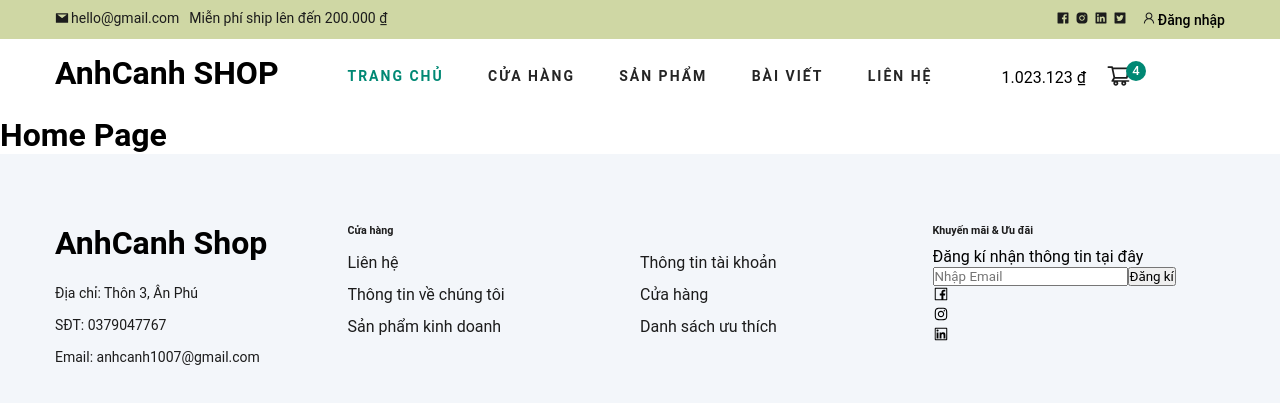
Repository: anhcanh1007/show_product
Page: /
An editor plug-in stored every save of this project. The page is shown before and after the next save, followed by the edit.
The browser window is 1280 px wide. The pictures show the whole page.
The project was rebuilt for these pictures with package versions that can differ from the ones it lists, and the page was loaded fresh each time. Imported but missing from the stored project, and not drawn on this page: src/pages/user/profilePage.

Above is the page before, as saved 2024-01-26 23:09:31.

After the next save:
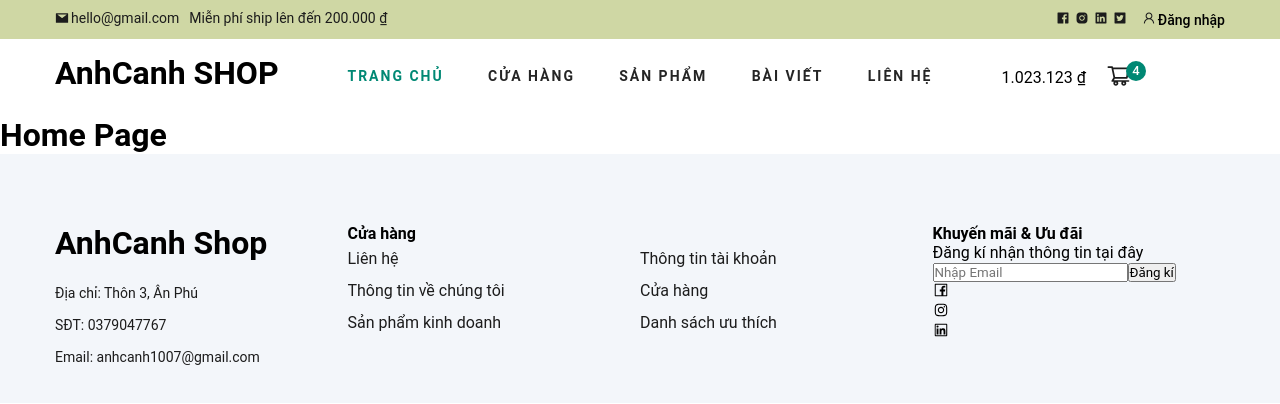
Saved 46 s later.
--- a/src/pages/user/theme/footer/index.js
+++ b/src/pages/user/theme/footer/index.js
@@ -25,7 +25,7 @@ const Footer = () => {
             </div>
             <div className="col-lg-6">
               <div className="footer__widget">
-                <h6>Cửa hàng</h6>
+                <h4>Cửa hàng</h4>
                 <ul>
                   <li>
                     <Link to="">Liên hệ</Link>
@@ -52,7 +52,7 @@ const Footer = () => {
             </div>
             <div className="col-lg-3">
               <div className="footer__widget">
-                <h6>Khuyến mãi & Ưu đãi</h6>
+                <h4>Khuyến mãi & Ưu đãi</h4>
                 <p>Đăng kí nhận thông tin tại đây</p>
                 <form action="#">
                   <div>
